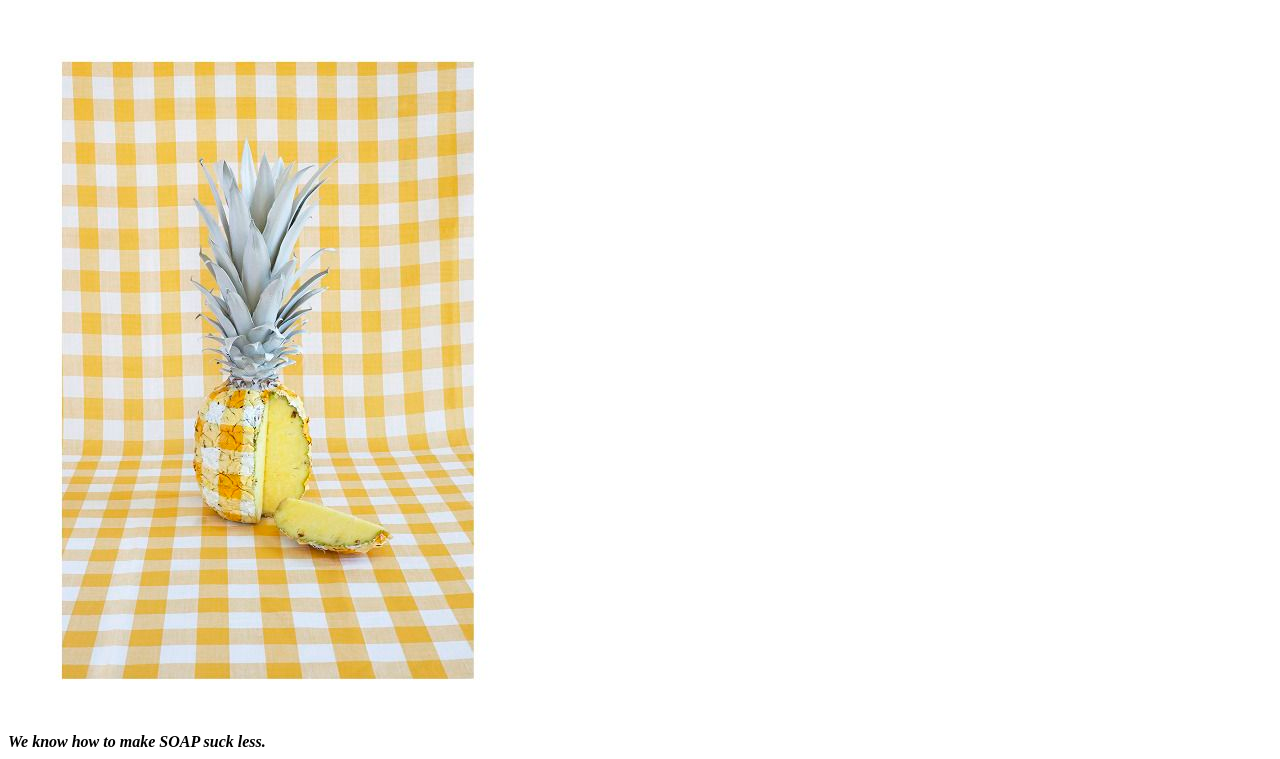
Repository: Freshield/GAEJSP
Page: http://localhost/Chp8.2/Header.jsp
The author's editor kept a copy of each file at every save. The page is drawn from the files as they stood at one save, then again after the next save.
The browser window is 1280 px wide. The pictures show the whole page.
The page is served by Tomcat 9.

Above is the page before, as saved 2016-03-29 22:20:10.

After the next save:
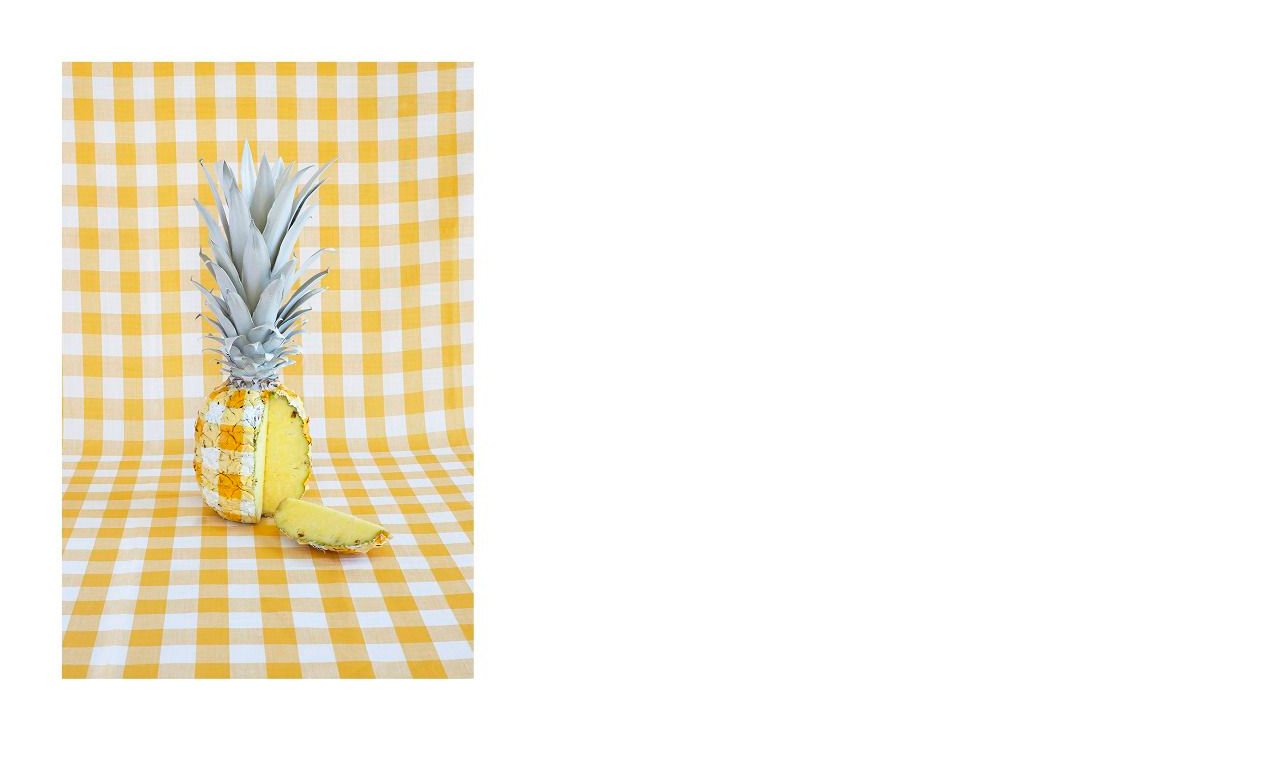
Saved 40 s later.
--- a/real-headfirst/Chp8.2/WebContent/Header.jsp
+++ b/real-headfirst/Chp8.2/WebContent/Header.jsp
@@ -1,3 +1,3 @@
 
 	<img alt="header image" src="images/Web-Services.jpg"><br>
-	<em><strong>We know how to make SOAP suck less.</strong></em><br>
+	<em><strong>${ param.subTitle }</strong></em><br>
